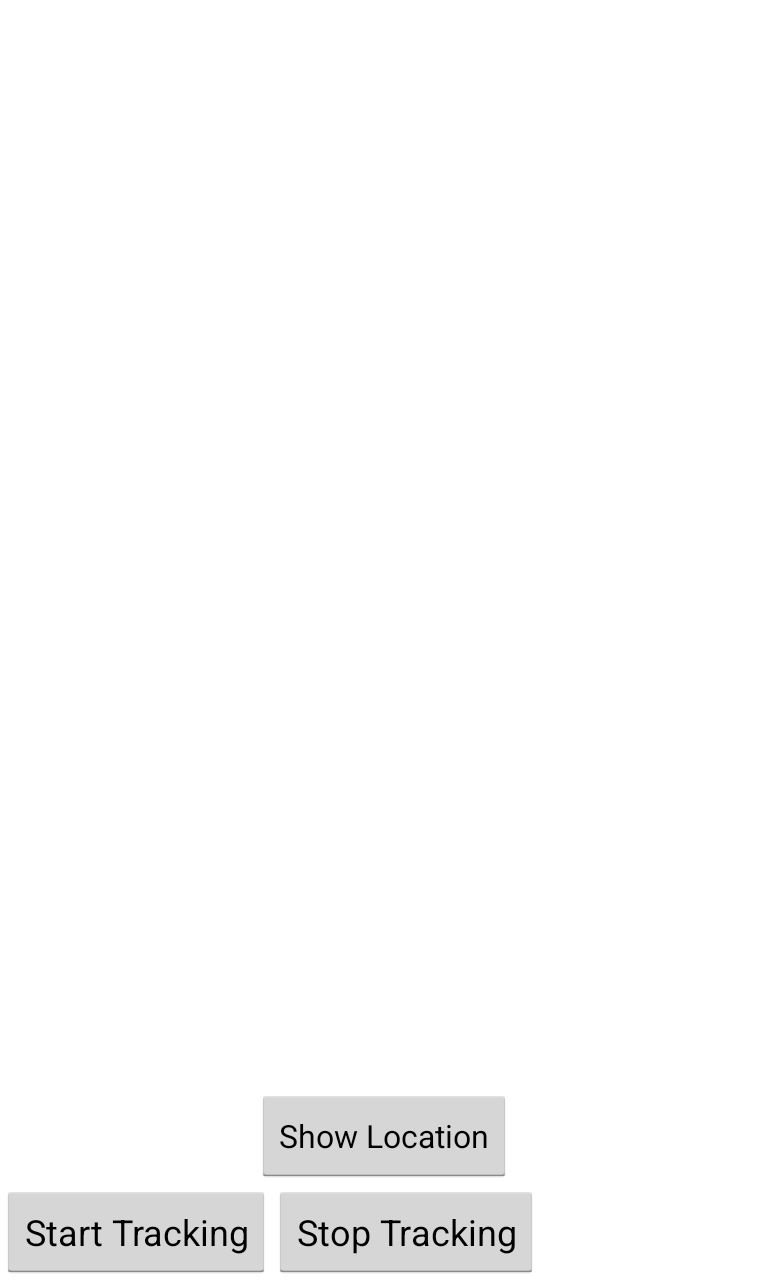
Repository: Jonieye/gps-story
Layout: Workspace/com.joni.android.first/res/layout/activity_main.xml
An editor plug-in stored every save of this project. The layout is shown before and after the next save, followed by the edit.
It is drawn on a 768 x 1280 px phone screen (xhdpi) without system bars, with theme AppTheme; the app's code is not run.

Above is the layout before, as saved 2014-10-18 12:01:43.

### Workspace/com.joni.android.first/res/layout/activity_main.xml
<TableLayout xmlns:android="http://schemas.android.com/apk/res/android"
    android:id="@+id/TableLayout1"
    android:layout_width="fill_parent"
    android:layout_height="fill_parent" >

    <TextView
        android:id="@+id/textView1"
        android:layout_width="fill_parent"
        android:layout_height="fill_parent"
        android:layout_weight="0.85"
        android:text="" />

    <LinearLayout
        android:layout_width="wrap_content"
        android:layout_height="wrap_content"
        android:layout_gravity="bottom|center"
        android:orientation="vertical" >

	 	<Button
	 	    android:id="@+id/showLocation"
	 	    style="@style/AppTheme"
	 	    android:layout_width="wrap_content"
	 	    android:layout_height="wrap_content"
	 	    android:layout_gravity="bottom|center"
	 	    android:gravity="center"
	 	    android:text="Show Location" />

        <LinearLayout
            android:layout_width="wrap_content"
            android:layout_height="wrap_content" >

            <Button
                android:id="@+id/startLocation"
                android:layout_width="wrap_content"
                android:layout_height="wrap_content"
                android:layout_gravity="bottom|left"
                android:minWidth="50dip"
                android:text="Start Tracking" />

            <Button
                android:id="@+id/stopLocation"
                android:layout_width="wrap_content"
                android:layout_height="wrap_content"
                android:layout_gravity="bottom|right"
                android:text="Stop Tracking" />

        </LinearLayout>
    </LinearLayout>

</TableLayout>

Loaded but not shown: Workspace/com.joni.android.first/res/values/styles.xml (common file); Workspace/com.joni.android.first/res/values-v11/styles.xml (common file); Workspace/com.joni.android.first/res/values-v14/styles.xml (common file)

After the next save:
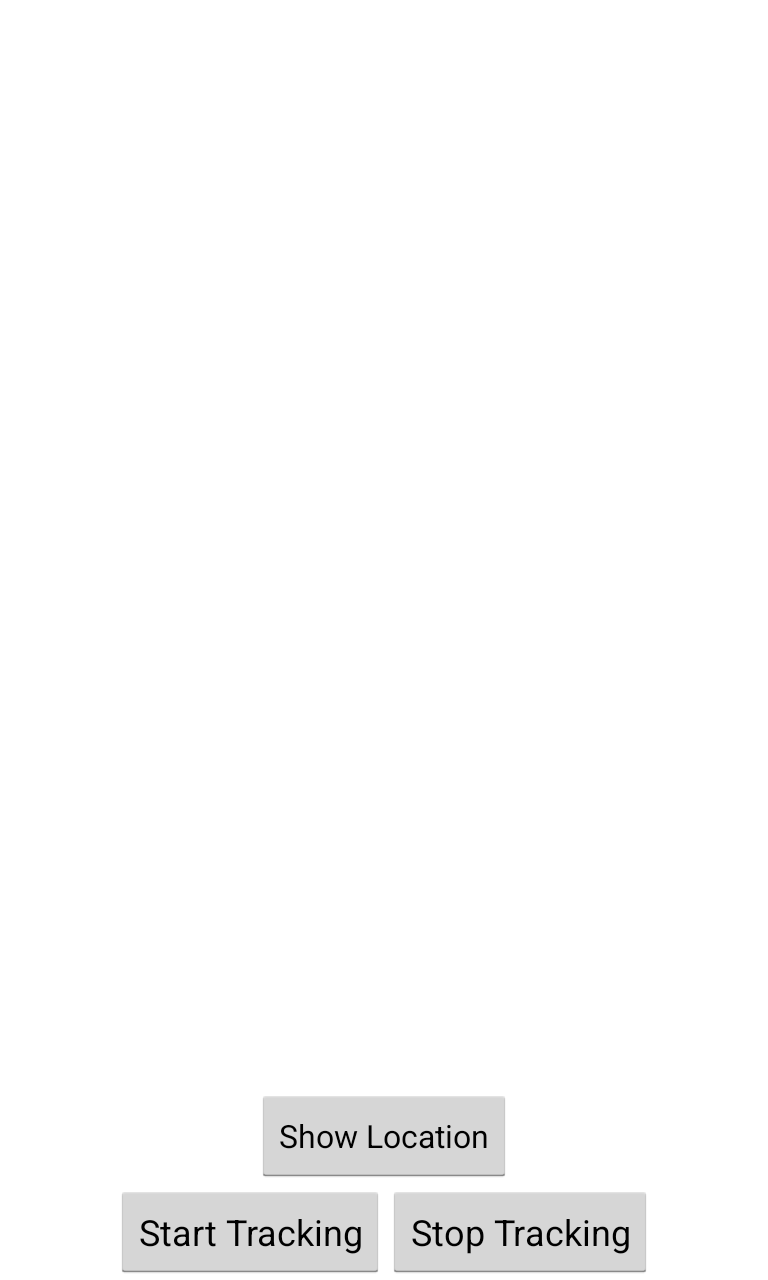
Saved 5 min 26 s later.
--- a/Workspace/com.joni.android.first/res/layout/activity_main.xml
+++ b/Workspace/com.joni.android.first/res/layout/activity_main.xml
@@ -26,6 +26,7 @@
 	 	    android:text="Show Location" />
 
         <LinearLayout
+            android:layout_gravity="bottom|center"
             android:layout_width="wrap_content"
             android:layout_height="wrap_content" >
 
